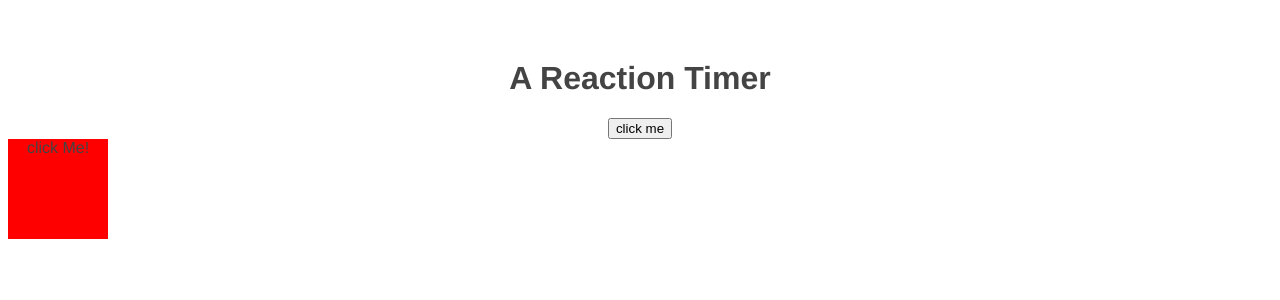
Repository: qudos4real/reaction-timer
Page: /
An editor plug-in stored every save of this project. The page is shown before and after the next save, followed by the edit.
The browser window is 1280 px wide. The pictures show the whole page.
The project was rebuilt for these pictures with package versions that can differ from the ones it lists, and the page was loaded fresh each time. Also part of the build but not shown: vue.config.js.

Above is the page before, as saved 2022-12-27 22:32:29.

After the next save:
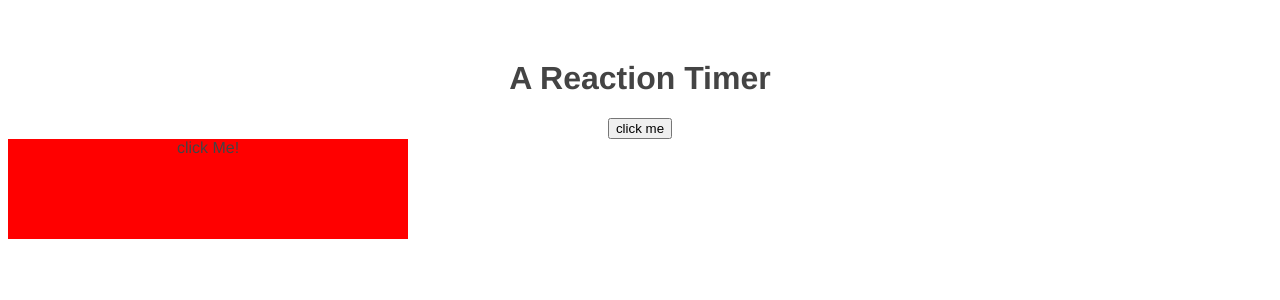
Saved 16 s later.
--- a/src/components/Block.vue
+++ b/src/components/Block.vue
@@ -12,7 +12,7 @@ export default {
 
 <style>
 .block {
-    width: 100px;
+    width: 400px;
     height: 100px;
     background-color: red;
 }
